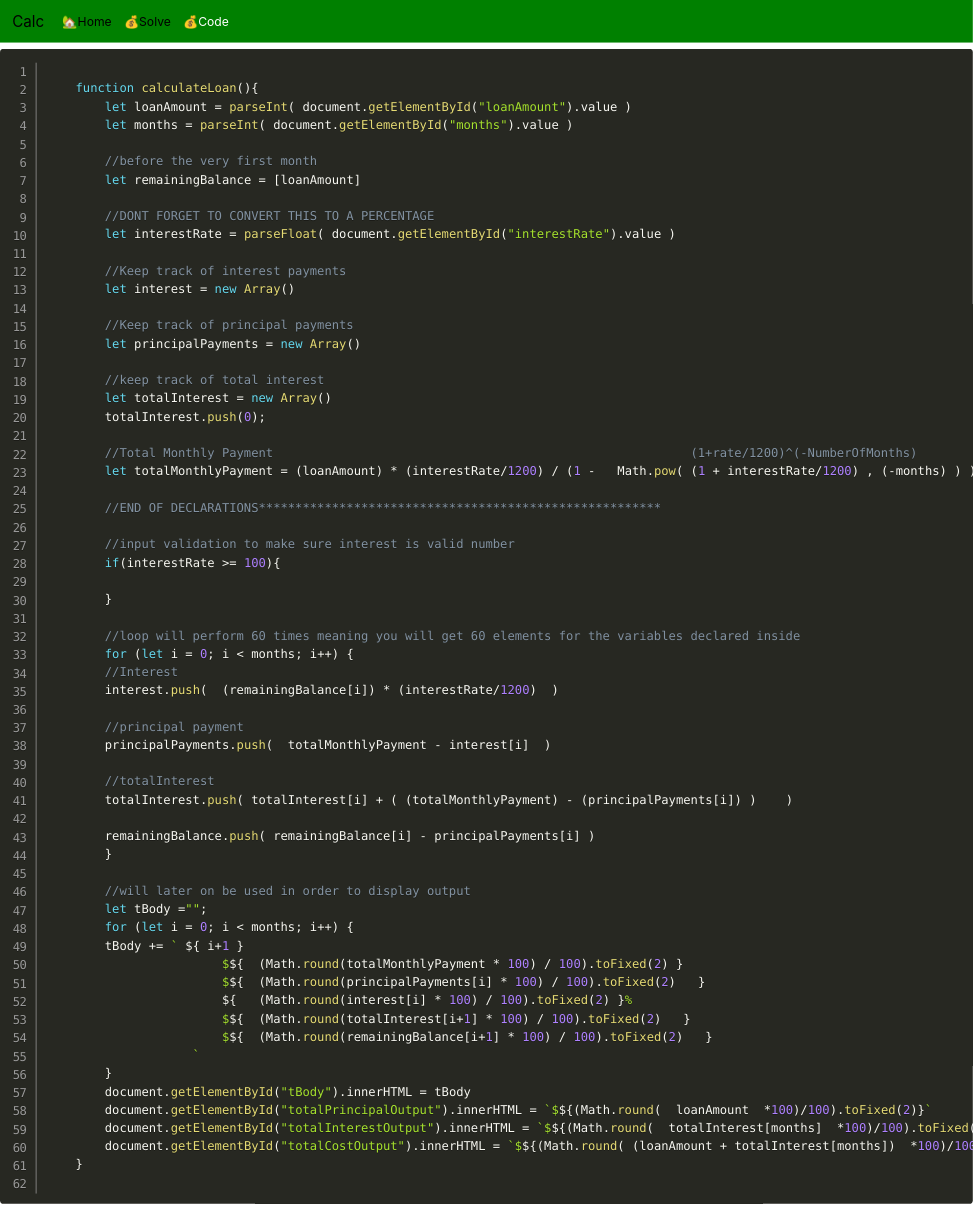
Repository: zhadjah9559/MortgageManager
Page: code.html
These files come from the project's save history. The page is drawn as it stood at one moment and after the next save; the edit follows.
The browser window is 1280 px wide. The pictures show the whole page, at 76% of full size.

Above is the page before, as saved 2021-01-17 14:25:20.

After the next save:
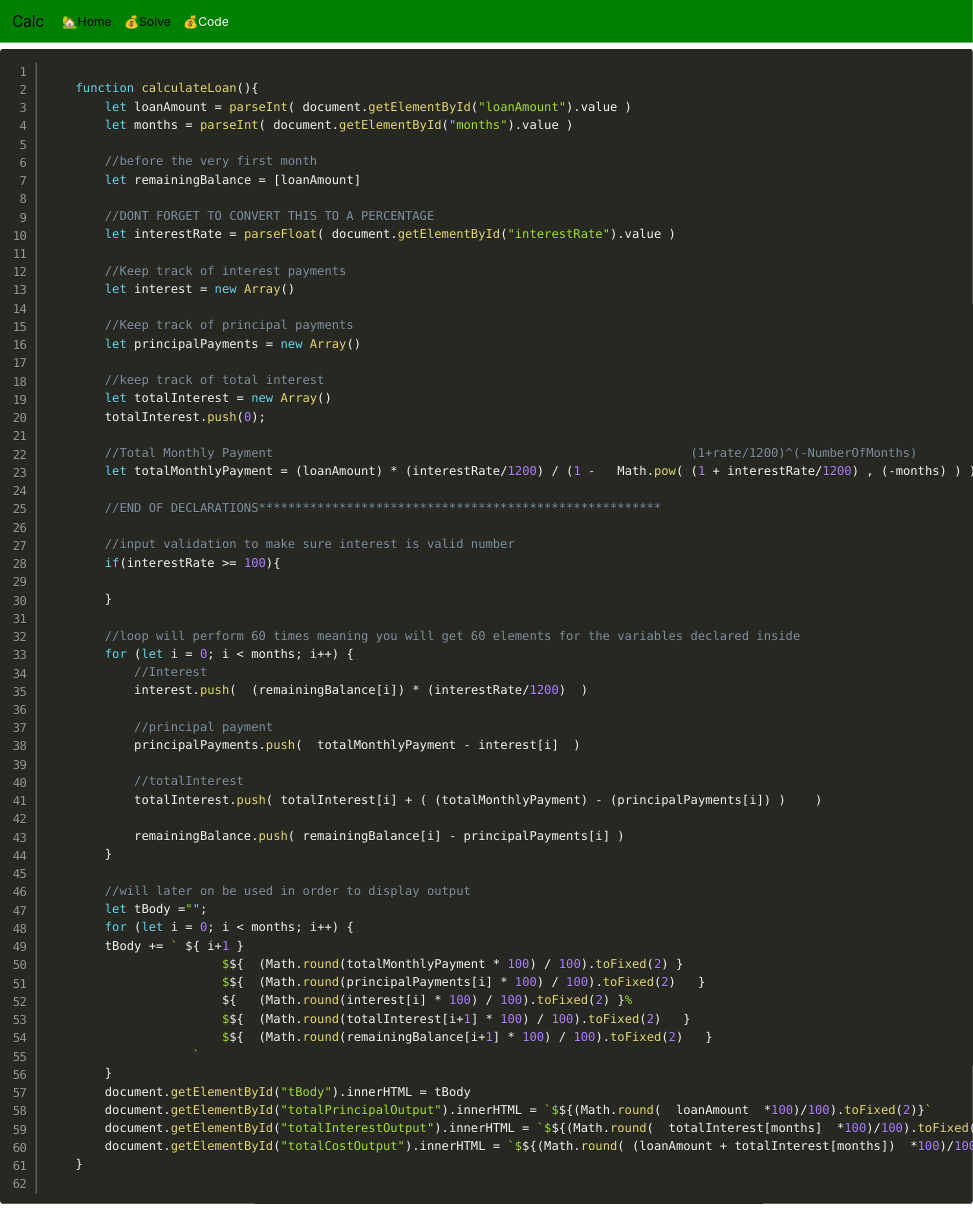
Saved 12 s later.
--- a/code.html
+++ b/code.html
@@ -65,16 +65,16 @@
 
         //loop will perform 60 times meaning you will get 60 elements for the variables declared inside
         for (let i = 0; i < months; i++) {
-        //Interest
-        interest.push(  (remainingBalance[i]) * (interestRate/1200)  )
+            //Interest
+            interest.push(  (remainingBalance[i]) * (interestRate/1200)  )
 
-        //principal payment
-        principalPayments.push(  totalMonthlyPayment - interest[i]  )
+            //principal payment
+            principalPayments.push(  totalMonthlyPayment - interest[i]  )
 
-        //totalInterest
-        totalInterest.push( totalInterest[i] + ( (totalMonthlyPayment) - (principalPayments[i]) )    )
+            //totalInterest
+            totalInterest.push( totalInterest[i] + ( (totalMonthlyPayment) - (principalPayments[i]) )    )
 
-        remainingBalance.push( remainingBalance[i] - principalPayments[i] )
+            remainingBalance.push( remainingBalance[i] - principalPayments[i] )
         }
 
         //will later on be used in order to display output
